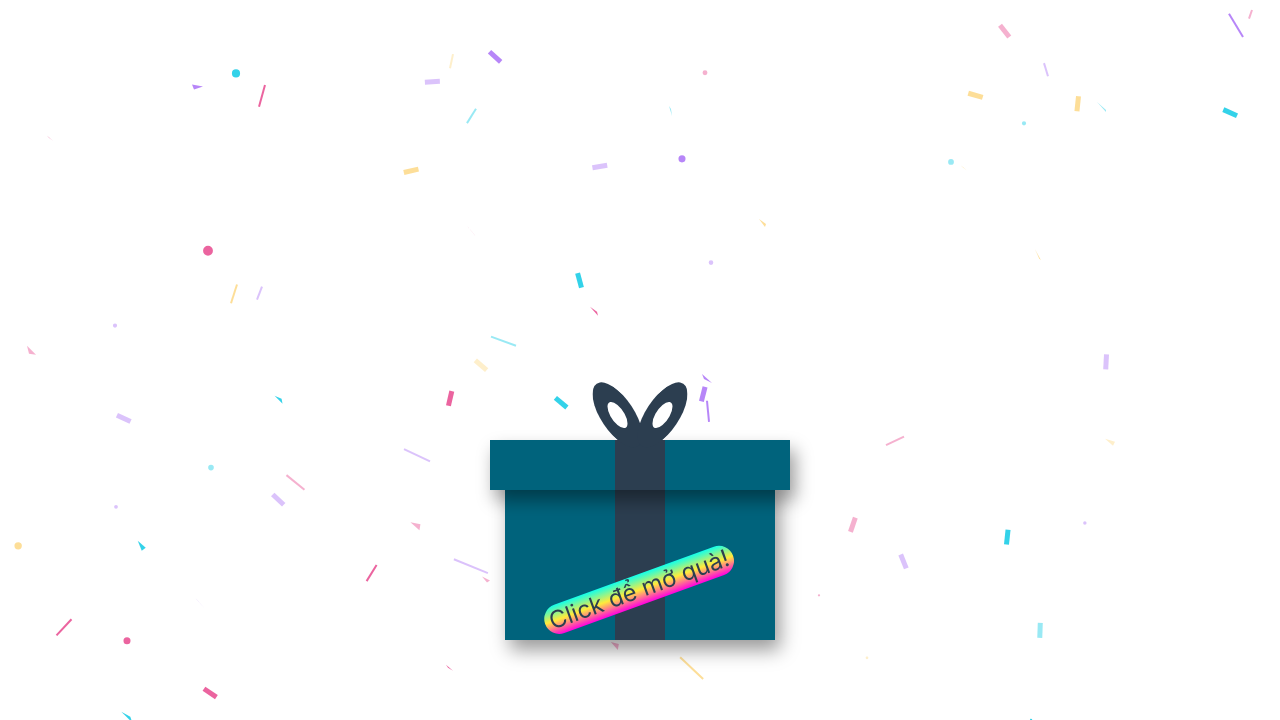
Repository: trongnghia161001/birth_day
Page: index.html
The author's editor kept a copy of each file at every save. The page is drawn from the files as they stood at one save, then again after the next save.
The browser window is 1280 px wide. The pictures show the whole page.

Above is the page before, as saved 2022-11-14 22:49:14.

After the next save:
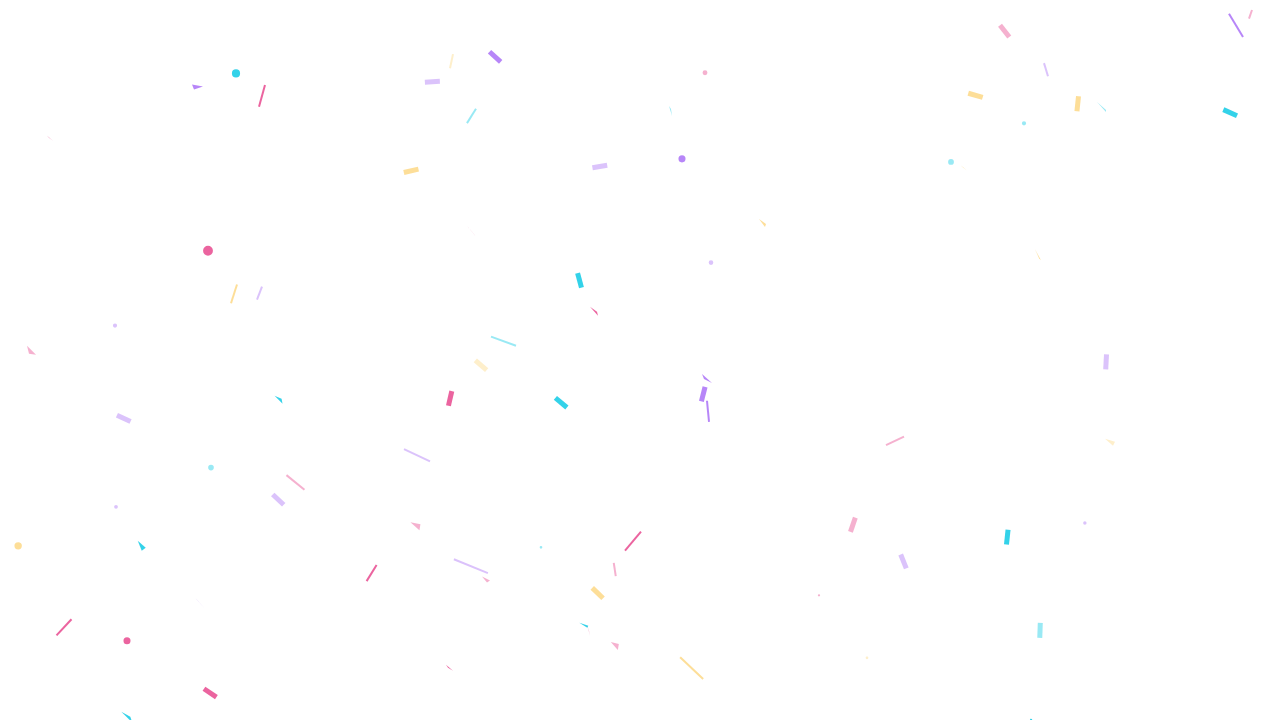
Console error: ReferenceError: birthdate is not defined
Saved 8 min 15 s later.
--- a/scripts/index.js
+++ b/scripts/index.js
@@ -52,7 +52,7 @@
       charSize: 30,
       charSpacing: 35,
       lineHeight: 40,
-
+      location:birthdate.html,
       cx: w / 2,
       cy: h / 2,
 

After the save that followed:
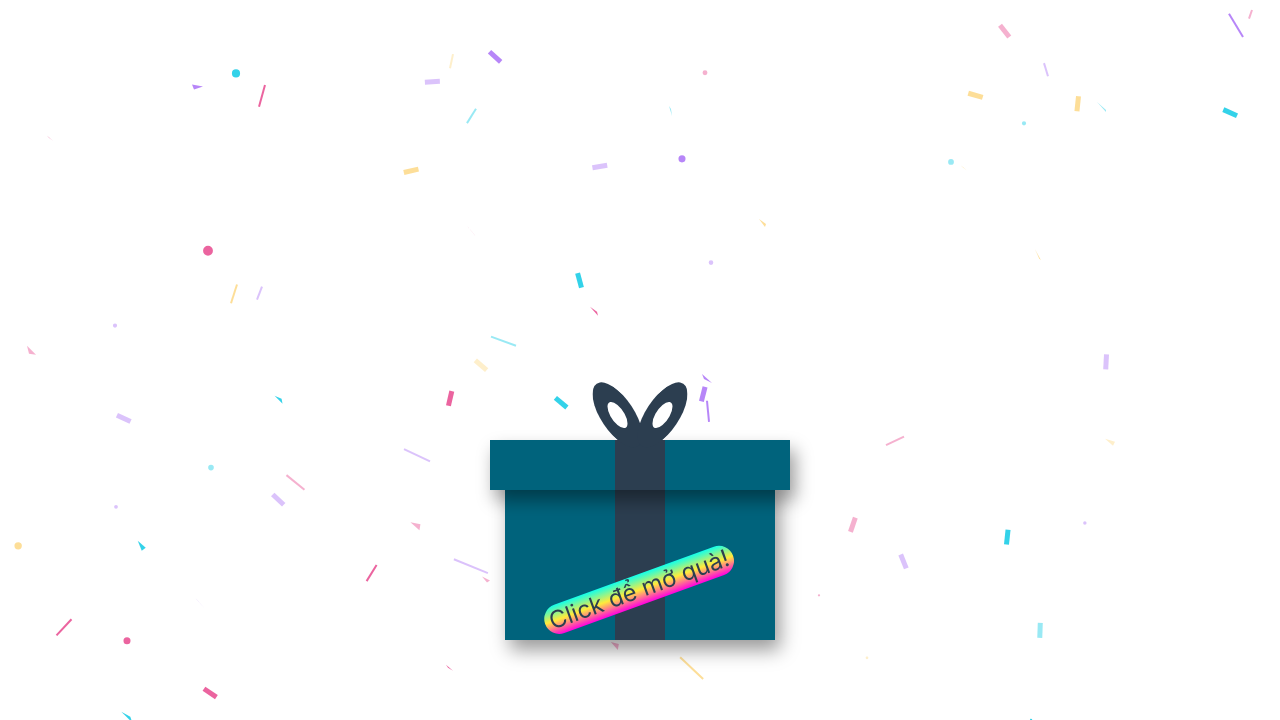
The error is gone.
Saved 11 s later.
--- a/scripts/index.js
+++ b/scripts/index.js
@@ -52,7 +52,6 @@
       charSize: 30,
       charSpacing: 35,
       lineHeight: 40,
-      location:birthdate.html,
       cx: w / 2,
       cy: h / 2,
 
